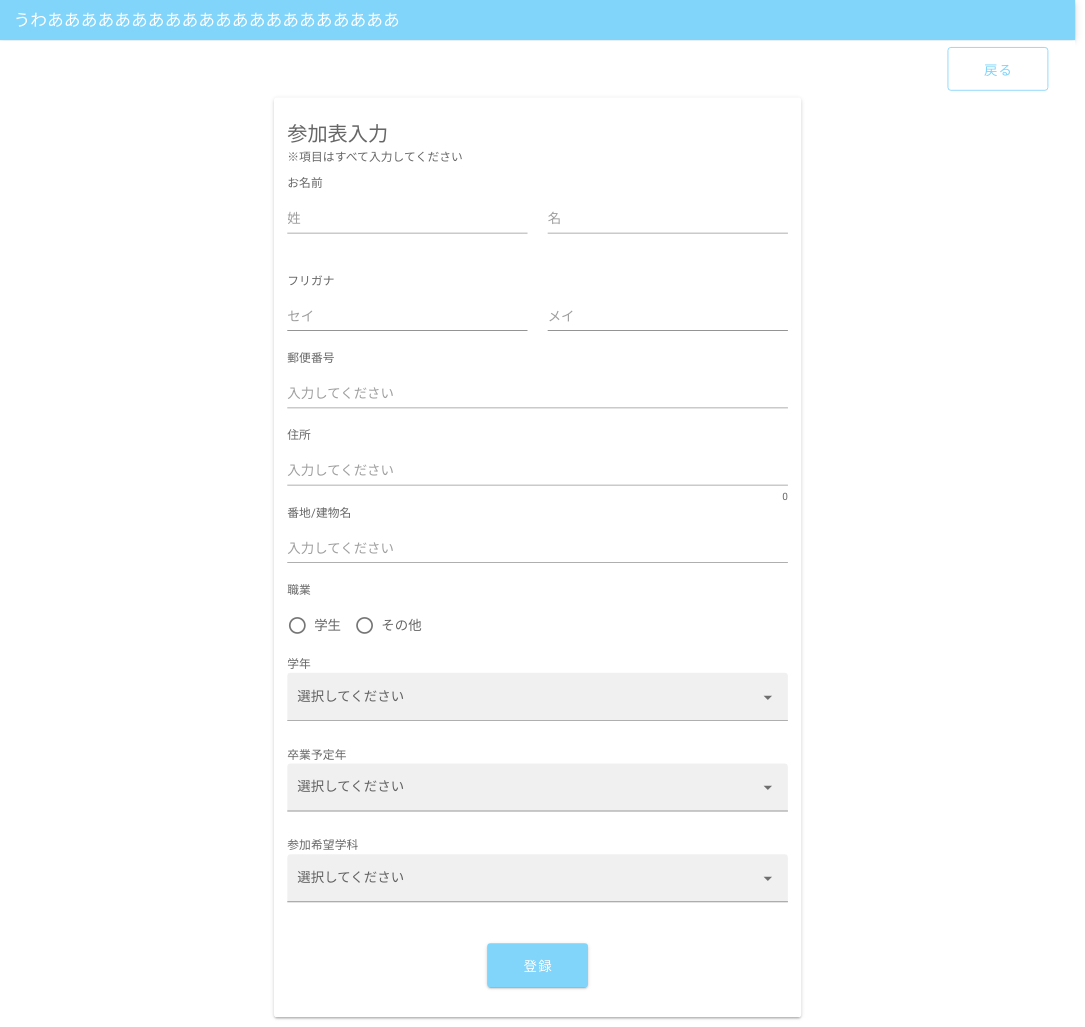
Repository: taniwhy/open-campus-system
Page: /#/register (app in client_view/)
An editor plug-in stored every save of this project. The page is shown before and after the next save, followed by the edit.
The browser window is 1280 px wide. The page is 1292 px wide, so the pictures cover 1292 px, including what lies to the right of the window. The pictures show the whole page, at 84% of full size.
The project was rebuilt for these pictures with package versions that can differ from the ones it lists, and the page was loaded fresh each time. Also part of the build but not shown: client_view/vue.config.js, client_view/src/components/Home.vue, client_view/src/components/Login.vue, client_view/src/components/Branch.vue.

Above is the page before, as saved 2019-11-28 12:33:59.

After the next save:
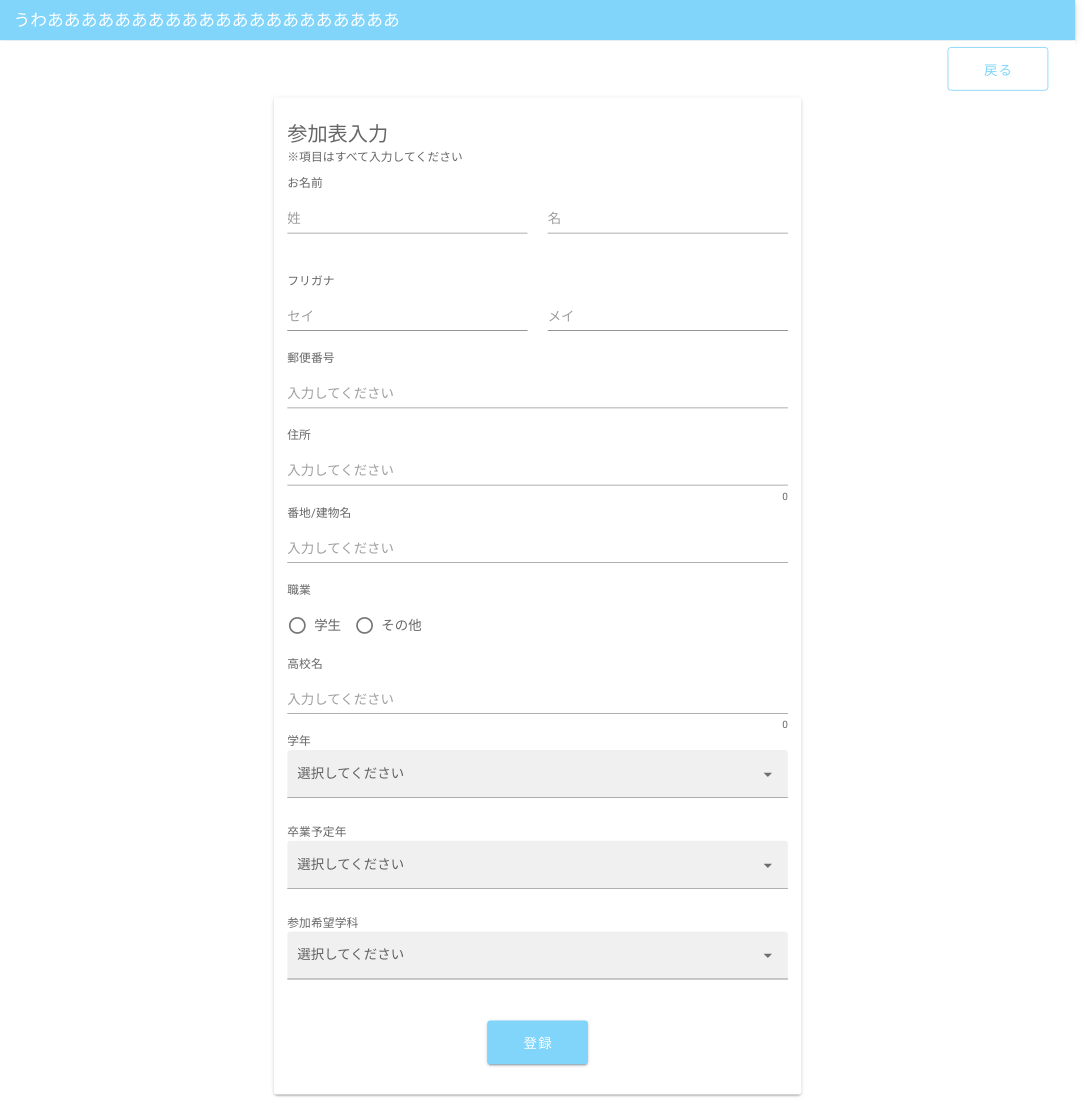
Saved 7 min 12 s later.
--- a/client_view/src/components/Register.vue
+++ b/client_view/src/components/Register.vue
@@ -120,7 +120,17 @@
             <v-radio-group v-model="row" row>
               <v-radio label="学生" value="yes1" @change="student_check = true"></v-radio>
               <v-radio label="その他" value="no1" @change="student_check = false"></v-radio>
-            </v-radio-group>
+            </v-radio-group>高校名
+            <v-text-field
+              v-model="address"
+              :rules="[
+              () => !!address || '※入力されていません',
+              () => !!address && address.length <= 32 || '※32文字以内で入力してください',
+            ]"
+              placeholder="入力してください"
+              counter
+              required
+            ></v-text-field>
             <div v-if="student_check">
               学年
               <v-select :items="gakunen_items" filled label="選択してください"></v-select>卒業予定年
